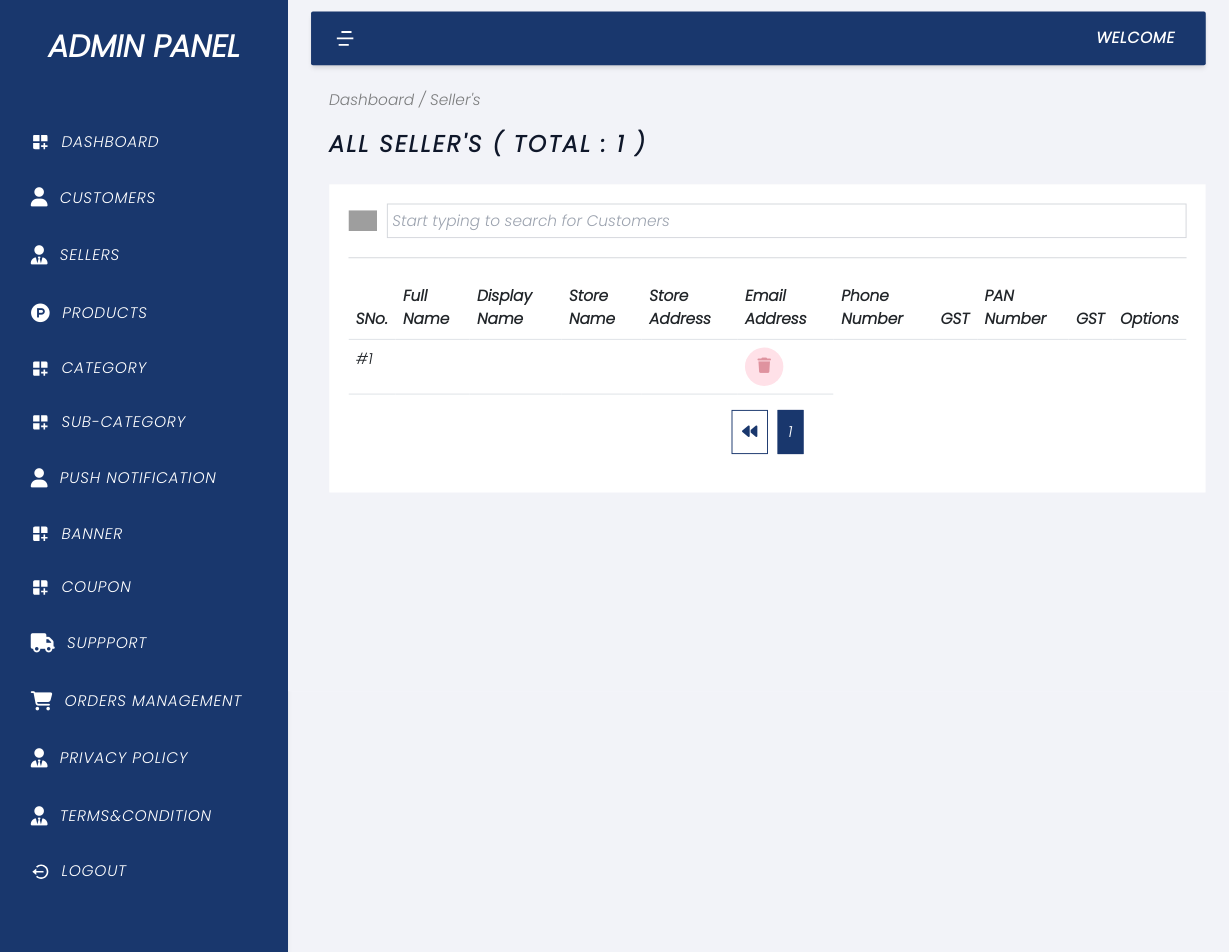
Repository: shishpal2000/admin.aschpro
Page: /VendorList
These files come from the project's save history. The page is drawn as it stood at one moment and after the next save; the edit follows.
The browser window is 1280 px wide. The pictures show the whole page, at 96% of full size.
Pictures or frames that could not be fetched are drawn as grey boxes. Some web libraries are served in a nearby version. The project was rebuilt for these pictures with package versions that can differ from the ones it lists, and the page was loaded fresh each time. Also part of the build but not shown: src/E-CommerceAdmin/forms/Login.jsx, src/E-CommerceAdmin/pages/Dashboard.jsx, src/E-CommerceAdmin/pages/ECategory.js, src/E-CommerceAdmin/pages/EProduct.js, src/E-CommerceAdmin/pages/EAdminOrders.js, src/E-CommerceAdmin/pages/EAdminDelivery.js, src/E-CommerceAdmin/pages/EAdminCustomer.js, src/E-CommerceAdmin/pages/ESubCategory.js and 5 more. Imported but missing from the stored project, and not drawn on this page: src/E-CommerceAdmin/pages/Complaints, src/E-CommerceAdmin/pages/Component/SpinnerComp, src/E-CommerceAdmin/pages/EAdmin, src/E-CommerceAdmin/pages/EAdminProduct, src/E-CommerceAdmin/pages/ESingleProduct, src/E-CommerceAdmin/pages/GetMeThis, src/E-CommerceAdmin/pages/HelpSupport.

Above is the page before, as saved 2023-06-28 15:01:24.

After the next save:
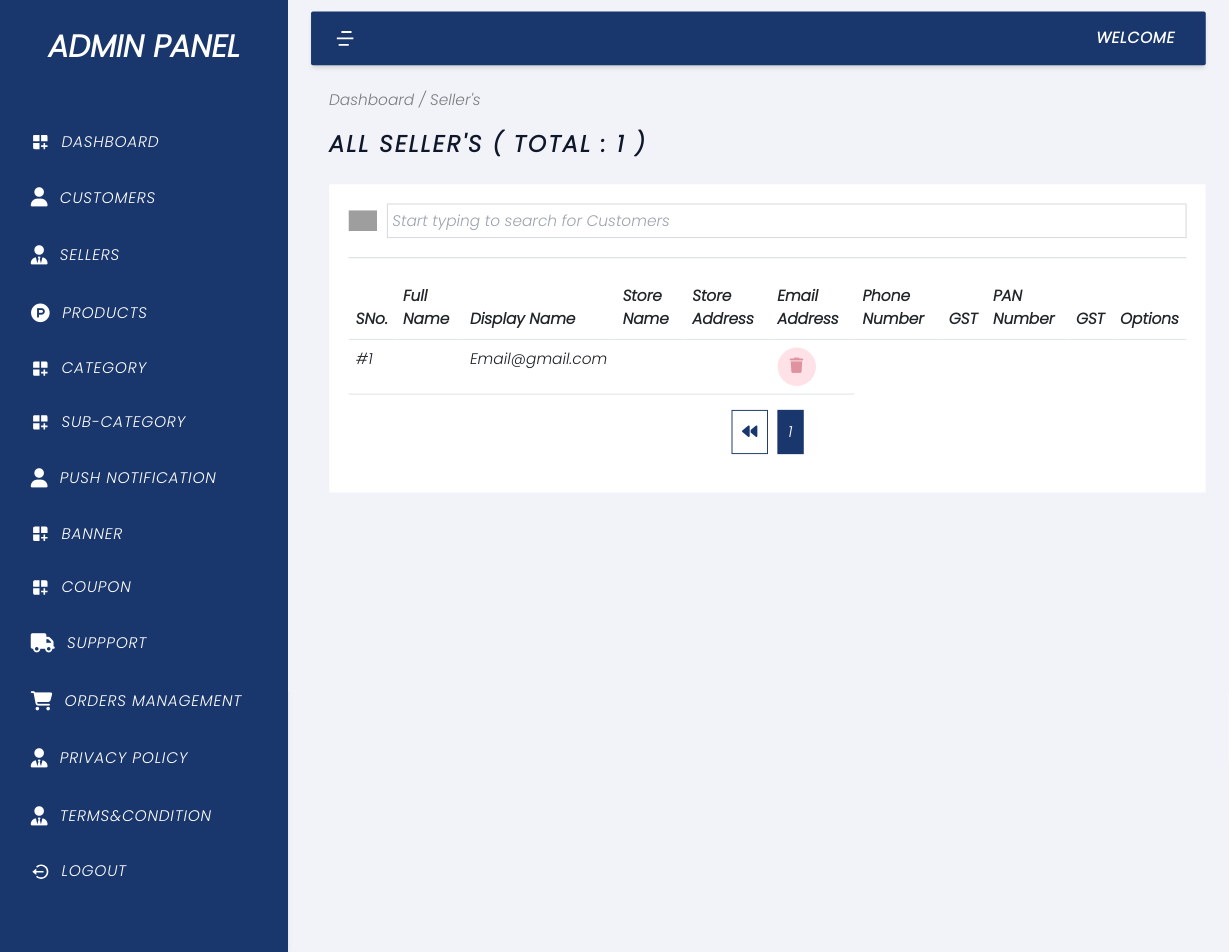
Saved 8 s later.
--- a/src/E-CommerceAdmin/pages/EVendorList.js
+++ b/src/E-CommerceAdmin/pages/EVendorList.js
@@ -13,6 +13,7 @@ const EVendorList = () => {
       displayName : 'Display Name' ,
       storeName : "Store Name" ,
       storeAddress : "Store Address"  ,
+      email : "Email@gmail.com" ,
 
     }
   ]
